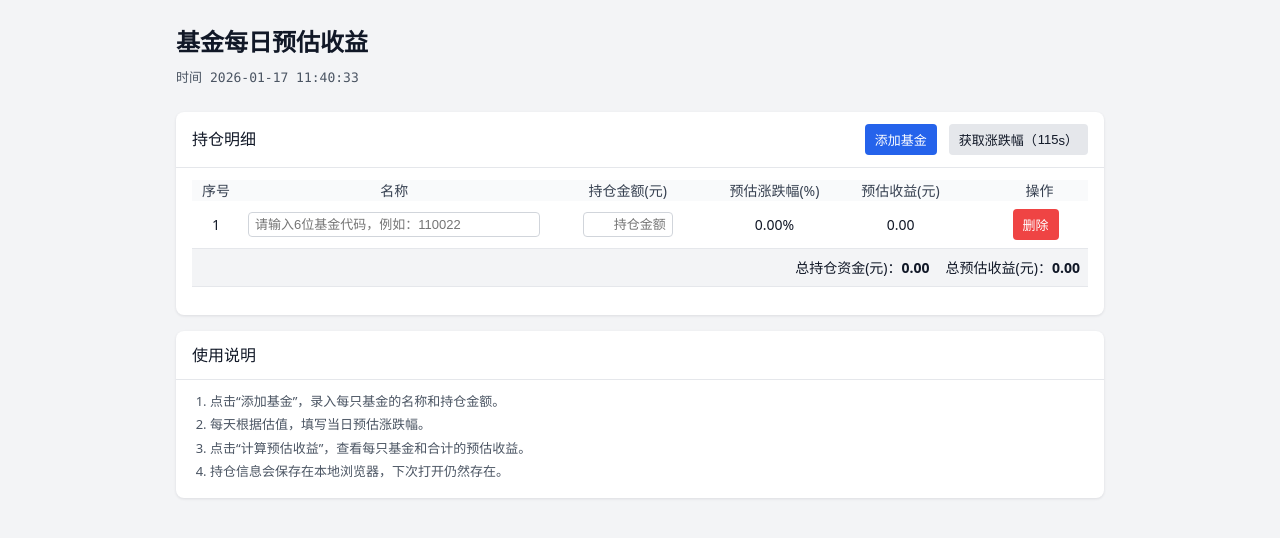
Repository: zt-boom/finance
Page: index.html
These files come from the project's save history. The page is drawn as it stood at one moment and after the next save; the edit follows.
The browser window is 1280 px wide. The pictures show the whole page.

Above is the page before, as saved 2026-01-17 14:31:58.

After the next save:
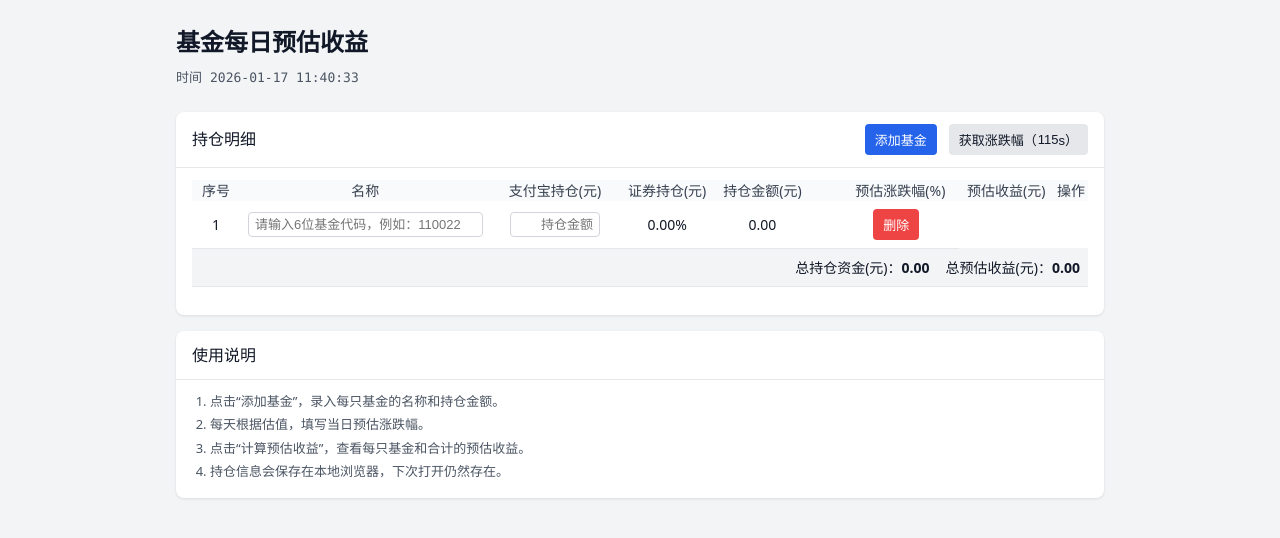
Saved 4 min 46 s later.
--- a/index.html
+++ b/index.html
@@ -33,6 +33,8 @@
 <tr>
 <th class="index-col">序号</th>
 <th>名称</th>
+<th>支付宝持仓(元)</th>
+<th>证券持仓(元)</th>
 <th>持仓金额(元)</th>
 <th>预估涨跌幅(%)</th>
 <th>预估收益(元)</th>
@@ -42,7 +44,7 @@
 <tbody id="fund-table-body"></tbody>
 <tfoot>
 <tr class="summary-row">
-<td colspan="6">
+<td colspan="8">
 <div class="summary-items">
 <div class="summary-left">
 <span>总持仓资金(元)：<strong id="total-amount">0.00</strong></span>
